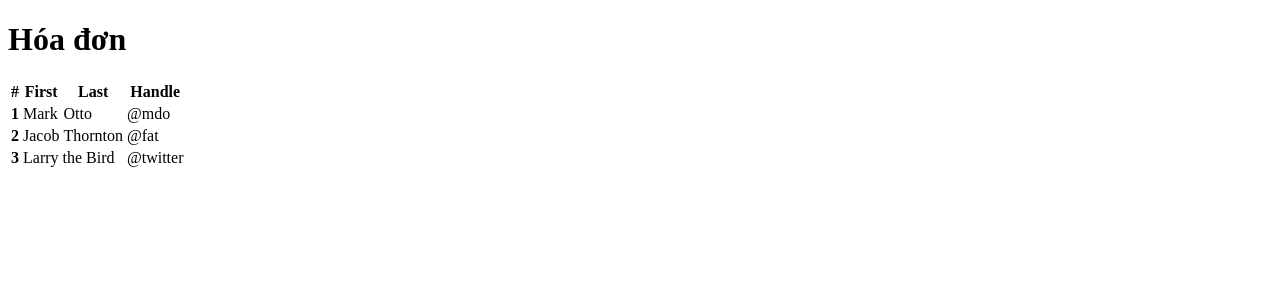
Repository: wuubangdev/bookstore-servlet-jsp
Page: http://localhost/Bai20_JSPCoban_TrangMuaHang/datMuaMayTinh.jsp
The author's editor kept a copy of each file at every save. The page is drawn from the files as they stood at one save, then again after the next save.
The browser window is 1280 px wide. The pictures show the whole page.
The page is served by Tomcat 9.

Above is the page before, as saved 2024-03-19 03:30:01.

### Bai20_JSPCoban_TrangMuaHang/src/main/webapp/datMuaMayTinh.jsp
<%@ page language="java" contentType="text/html; charset=UTF-8"
    pageEncoding="UTF-8"%>
<!DOCTYPE html>
<html>
<head>
<meta charset="UTF-8">
<title>Dat Mua May Tinh</title>
</head>
<body>
	<%
		String processor = request.getParameter("processor");
		String ram = request.getParameter("ram");
		String monitor = request.getParameter("monitor");
		String[] accessories = request.getParameterValues("accessories");

		double totalPrice = 0;
		double processorPrice = 0;
		double ramPrice = 0;
		double monitorPrice = 0;
		double accessoriesPrice = 0;

		if (processor!=null) {
			if(processor.equals("corei9")) {
				processorPrice += 200;
			} else if(processor.equals("corei7")) {
				processorPrice += 150;
			} else if(processor.equals("corei5")) {
				processorPrice += 100;
			} else if(processor.equals("corei3")) {
				processorPrice += 50;
			}
		}

		if (ram!=null) {
			if(ram.equals("8G")) {
				ramPrice += 15;
			} else if(ram.equals("16G")) {
				ramPrice += 30;
			} else if(ram.equals("32G")) {
				ramPrice += 45;
			}
		}

		if (ram!=null) {
			if(ram.equals("24i")) {
				monitorPrice += 120;
			} else if(ram.equals("27i")) {
				monitorPrice += 180;
			} else if(ram.equals("32i")) {
				monitorPrice += 240;
			}
		}

		if(accessories!=null) {
			for (String chooses: accessories) {
				if(chooses.equals("1")) {
					accessoriesPrice += 80;
				}
				if(chooses.equals("2")) {
					accessoriesPrice += 250;
				}
				if(chooses.equals("3")) {
					accessoriesPrice += 180;
				}
				if(chooses.equals("4")) {
					accessoriesPrice += 45;
				}
			}
		}
		totalPrice = accessoriesPrice + monitorPrice +ramPrice + processorPrice;
	%>
	<h1>Hóa đơn</h1>
	<div class="container" style="width: 720px">
		<table class="table">
		  <thead>
		    <tr>
		      <th scope="col">#</th>
		      <th scope="col">First</th>
		      <th scope="col">Last</th>
		      <th scope="col">Handle</th>
		    </tr>
		  </thead>
		  <tbody>
		    <tr>
		      <th scope="row">1</th>
		      <td>Mark</td>
		      <td>Otto</td>
		      <td>@mdo</td>
		    </tr>
		    <tr>
		      <th scope="row">2</th>
		      <td>Jacob</td>
		      <td>Thornton</td>
		      <td>@fat</td>
		    </tr>
		    <tr>
		      <th scope="row">3</th>
		      <td colspan="2">Larry the Bird</td>
		      <td>@twitter</td>
		    </tr>
		  </tbody>
		</table>
	</div>
</body>
</html>

After the next save:
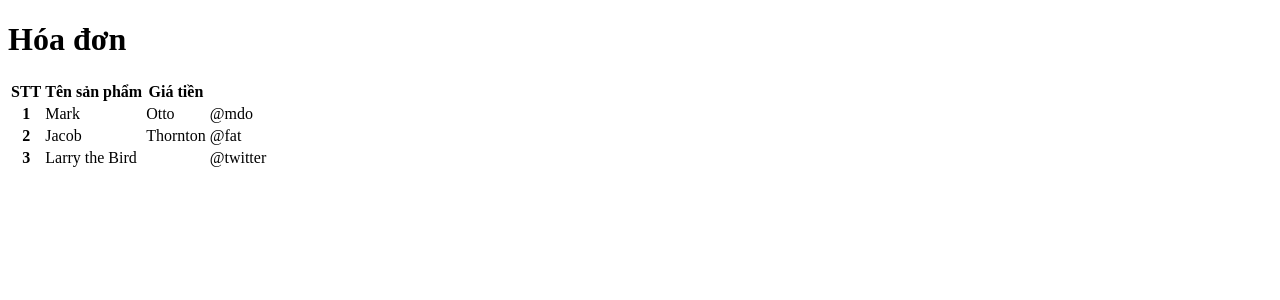
Saved 54 s later.
--- a/Bai20_JSPCoban_TrangMuaHang/src/main/webapp/datMuaMayTinh.jsp
+++ b/Bai20_JSPCoban_TrangMuaHang/src/main/webapp/datMuaMayTinh.jsp
@@ -74,10 +74,9 @@
 		<table class="table">
 		  <thead>
 		    <tr>
-		      <th scope="col">#</th>
-		      <th scope="col">First</th>
-		      <th scope="col">Last</th>
-		      <th scope="col">Handle</th>
+		      <th scope="col">STT</th>
+		      <th scope="col">Tên sản phẩm</th>
+		      <th scope="col">Giá tiền</th>
 		    </tr>
 		  </thead>
 		  <tbody>
